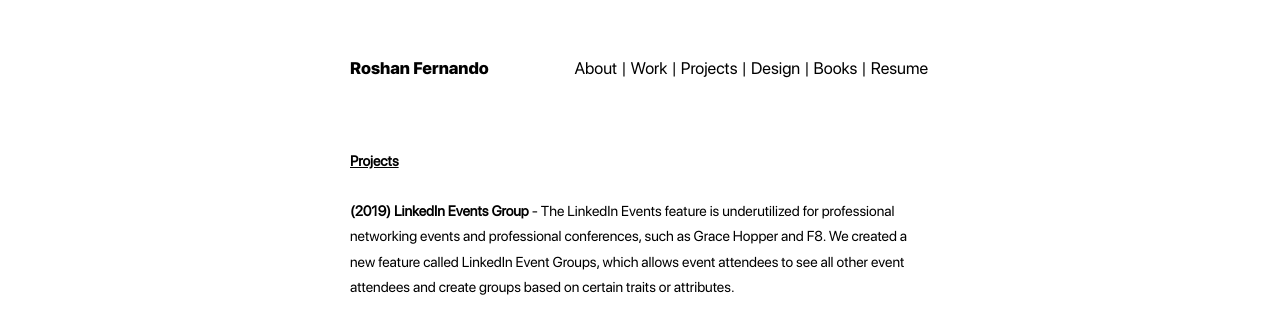
Repository: rdf004/rdf004.github.io
Page: /design
These files come from the project's save history. The page is drawn as it stood at one moment and after the next save; the edit follows.
The browser window is 1280 px wide. The pictures show the whole page.
The project was rebuilt for these pictures with package versions that can differ from the ones it lists, and the page was loaded fresh each time. Also part of the build but not shown: src/Components/About.js, src/Components/Work.js, src/Components/Projects.js, src/Components/Books.js, src/Components/Resume.js.

Above is the page before, as saved 2019-11-20 09:30:15.

After the next save:
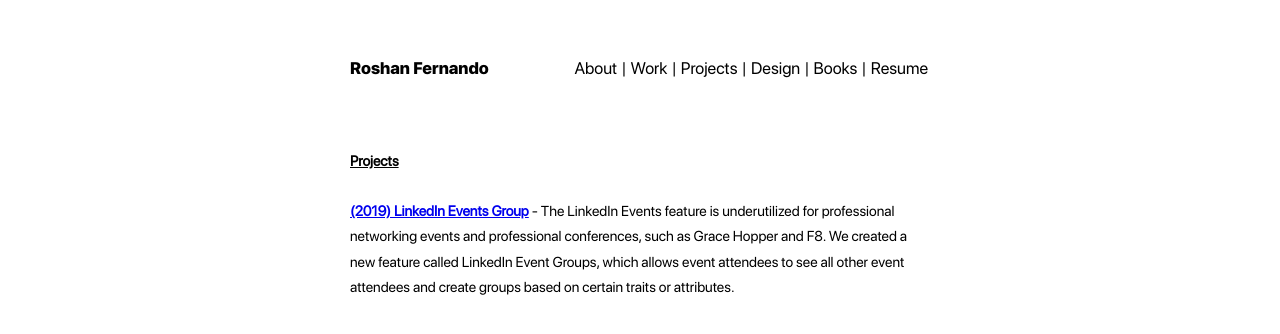
Saved 71 s later.
--- a/src/Components/Design.js
+++ b/src/Components/Design.js
@@ -13,7 +13,7 @@
                 <Header className="header"/>
                 <p className="page-content">
                     <b><u>Projects</u></b><br/><br/>
-                    <b><a>(2019) LinkedIn Events Group</a></b> - The LinkedIn Events feature is underutilized for professional networking events and professional conferences, such as Grace Hopper and F8. We created a new feature called LinkedIn Event Groups, which allows event attendees to see all other event attendees and create groups based on certain traits or attributes.<br/><br/>
+                    <b><a href="google.com">(2019) LinkedIn Events Group</a></b> - The LinkedIn Events feature is underutilized for professional networking events and professional conferences, such as Grace Hopper and F8. We created a new feature called LinkedIn Event Groups, which allows event attendees to see all other event attendees and create groups based on certain traits or attributes.<br/><br/>
                 </p>
             </div>
 

After the save that followed:
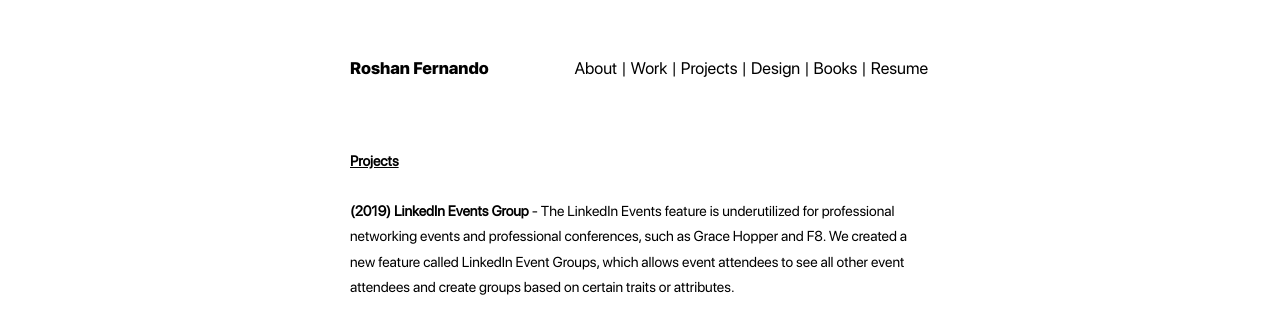
Saved 24 s later.
--- a/src/Components/Design.js
+++ b/src/Components/Design.js
@@ -13,7 +13,7 @@
                 <Header className="header"/>
                 <p className="page-content">
                     <b><u>Projects</u></b><br/><br/>
-                    <b><a href="google.com">(2019) LinkedIn Events Group</a></b> - The LinkedIn Events feature is underutilized for professional networking events and professional conferences, such as Grace Hopper and F8. We created a new feature called LinkedIn Event Groups, which allows event attendees to see all other event attendees and create groups based on certain traits or attributes.<br/><br/>
+                    <b><a className="list-item-a" href="google.com">(2019) LinkedIn Events Group</a></b> - The LinkedIn Events feature is underutilized for professional networking events and professional conferences, such as Grace Hopper and F8. We created a new feature called LinkedIn Event Groups, which allows event attendees to see all other event attendees and create groups based on certain traits or attributes.<br/><br/>
                 </p>
             </div>
 
